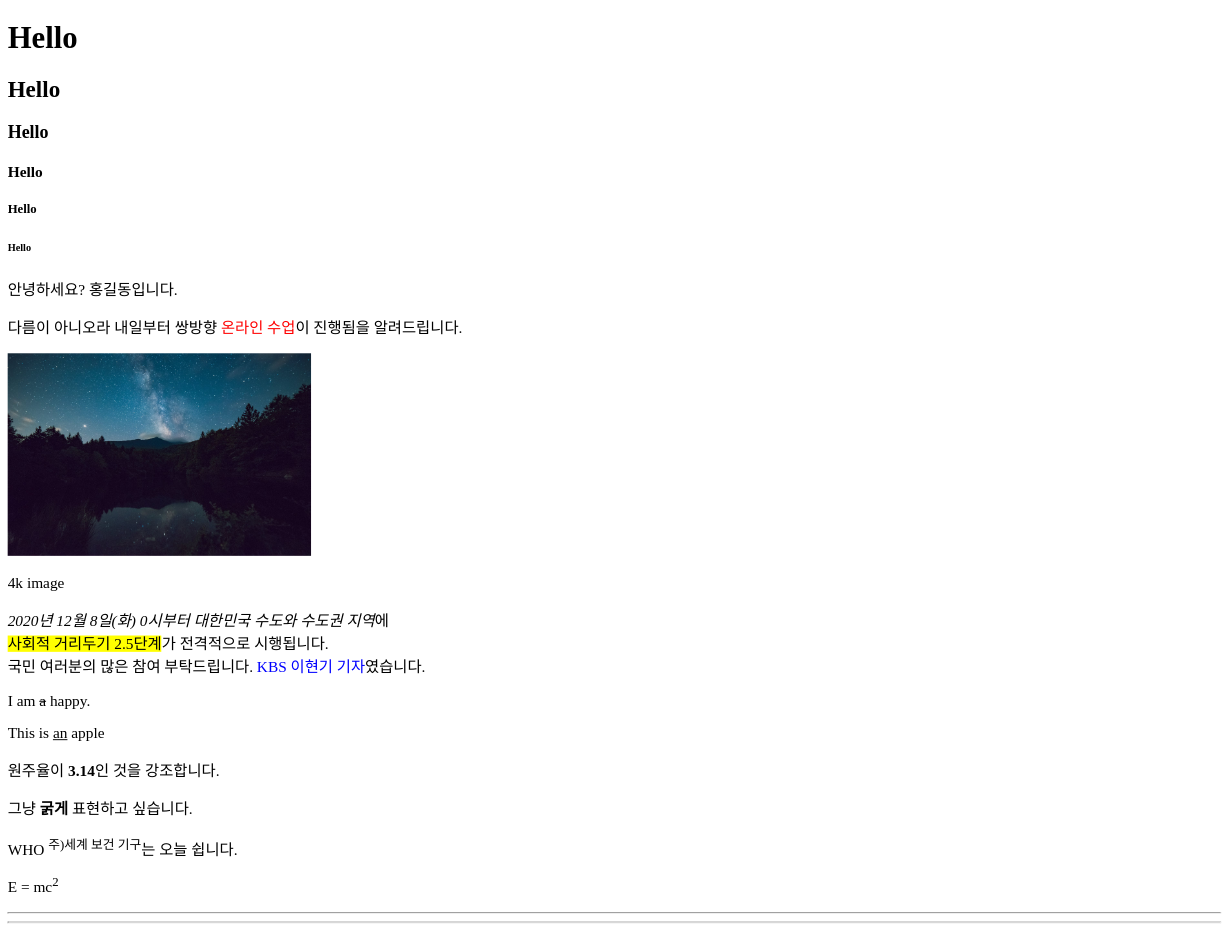
Repository: woneeseo/javastudy
Page: htmlStudy/workspace_html/HelloWorld/WebContent/f.html
An editor plug-in stored every save of this project. The page is shown before and after the next save, followed by the edit.
The browser window is 1280 px wide. The pictures show the whole page, at 96% of full size.

Above is the page before, as saved 2020-12-07 05:34:15.

### htmlStudy/workspace_html/HelloWorld/WebContent/f.html
<!DOCTYPE html>
<html>
<head>
<meta charset="UTF-8">
<title>Insert title here</title>
</head>
<body>
<!-- 헤더태그 -->
<!-- 블락태그 -> 위/아래 자동 줄바꿈 발생 -->

<h1>Hello</h1>
<!-- h1이 제목으로 많이 쓰임 -->
<h2>Hello</h2>
<h3>Hello</h3>
<!-- 부제목으로 h3이 자주 쓰임 -->
<h4>Hello</h4>
<h5>Hello</h5>
<h6>Hello</h6>


<p>
<!-- 문단을 표기할 때 주로 <p></p>를 씀 (문장이 여러개를 이루어 문단을 이룰 때) -->
	안녕하세요?
	홍길동입니다.
	<!-- <br>태그를 넣어야 줄바꿈이 일어난다. -->
	<!-- 이클립스에서 엔터로 줄바꿔 쓴다고 하더라도 출력은 한줄로 됨 -->
</p>

<p>

	다름이 아니오라
	내일부터 쌍방향 <span style="color: red">온라인 수업</span>이 진행됨을 알려드립니다.
	<!-- <p>태그는 일반적으로 텍스트를 넣어주고 내부에 태그가 들어가는 일이 거의 없으나 -->
	<!-- <span></span> css에서 문장 내에서 특정한 글씨에 효과를 줄 때 사용함 -->
</p>

<div>

	<img style="width: 25%; height: 25%;" alt="4k image" src="test.jpeg"><br>
	<p>4k image</p>
	<!-- div는 태그를 넣어서 쓰기 위해 사용함 / 컨테이너 역할을 함 -->
	<!-- img태그와 p태그를 한 덩어리로 쓰기 위해서 사용함 -->
	<!-- div는 내부에 어떤 내용이 들어있는지 알 수 없음. 그래서 사용하는것이 section 태그 -->

</div>

<section>
	<article>
	<!-- section / article : 시멘틱 태그 (의미가 있는 태그명) -->
		<i>2020년 12월 8일(화) 0시부터</i> <em>대한민국 수도와 수도권 지역</em>에 <br>
		<mark>사회적 거리두기 2.5단계</mark>가 전격적으로 시행됩니다. <br>
		국민 여러분의 많은 참여 부탁드립니다. <span style="color: blue">KBS 이현기 기자</span>였습니다.
		<!-- i태그 : 이탤릭체 / em태그 : 강조하기 위해서 기울여 쓸 때(기울임체 emphasis) -->
		<!-- 결과는 똑같지만 em태그는 시각장애인용 시스템에서 강조해서 읽어들여지는 기능을 함 -->
		<!-- <mark> : 형광펜으로 칠한 듯 한 강조표기를 할 수 있음 -->
	</article>
</section>

<p>I am <del>a</del> happy.</p>
<p>This is <ins>an</ins> apple</p>

<!-- del : 지워야 하는 텍스트일 때 (중간선) / ins : 반드시 있어야만 하는 텍스트일 때 (밑줄)-->
<!-- css와 시멘틱태그 : css는 시각장애인용 스크린리더에서 제대로 인식하지 못하는 경우가 있어 -->
<!-- 삽입, 삭제등 시멘틱태그로 사용할 수 있는 경우에는 반드시 시맨틱태그로 사용해준다. -->

<p>원주율이 <strong>3.14</strong>인 것을 강조합니다.</p> <!-- 시맨틱태그 -->
<p>그냥 <b>굵게</b> 표현하고 싶습니다.</p>
<!-- 두가지의 실행결과는 같음. but 의미가 다르다. -->
<!-- strong 태그를 사용해주는 것이 좋음 -->

<p>WHO <sup>주)세계 보건 기구</sup>는 오늘 쉽니다.</p>
<p>E = mc<sup>2</sup></p>
<!-- <sup> : 주석처리하기 / 주석이 되는 텍스트가 살짝 위로 올라가게 표현됨 -->




<hr>
<hr>
<!-- 웹 페이지에 가로줄 넣기 : horizontal tag -->
<!-- 보통 css에서 div에서 아랫줄만 표시 해 가로줄 넣는 것이 일반적임 -->




</body>
</html>

After the next save:
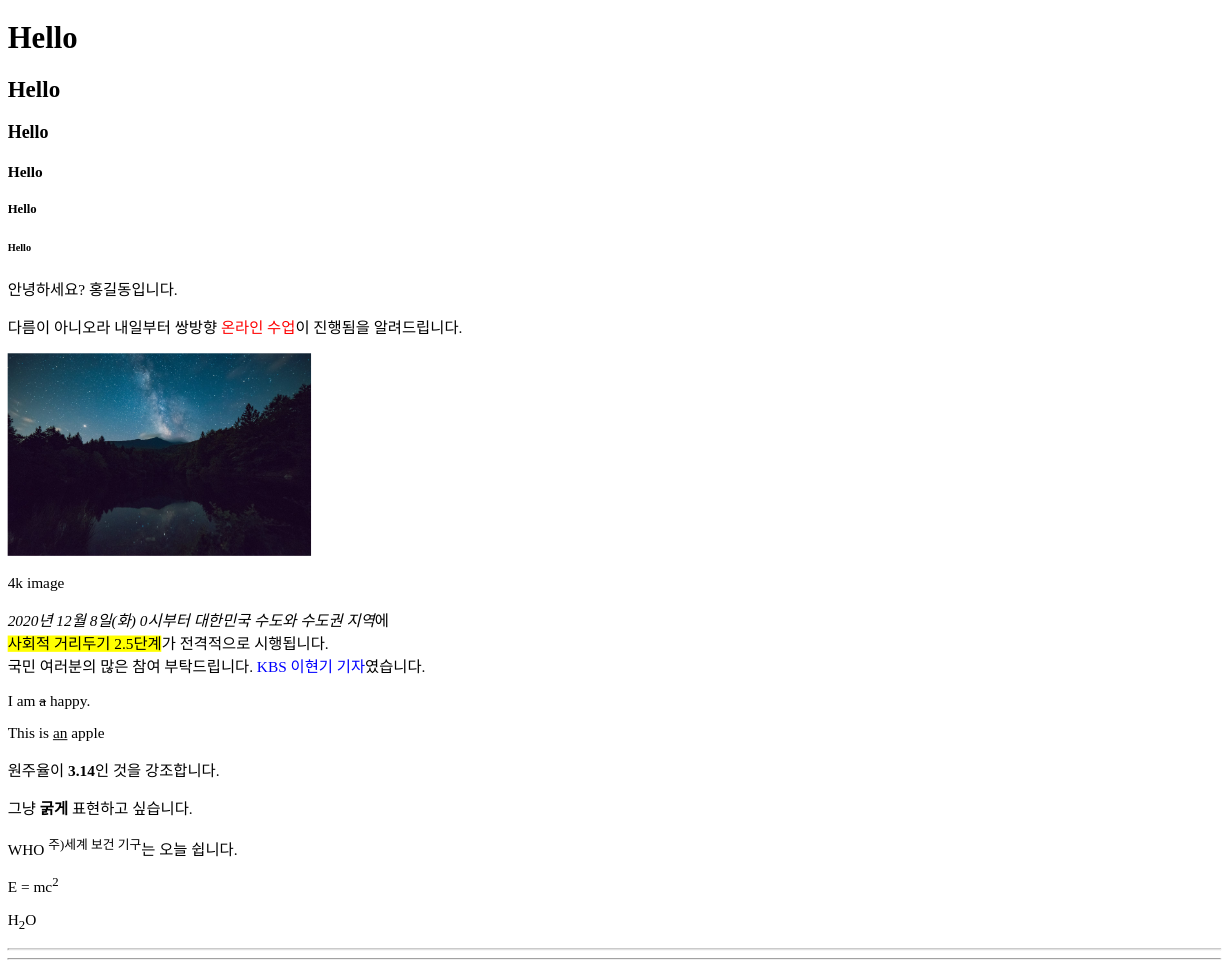
Saved 61 s later.
--- a/htmlStudy/workspace_html/HelloWorld/WebContent/f.html
+++ b/htmlStudy/workspace_html/HelloWorld/WebContent/f.html
@@ -70,10 +70,8 @@
 
 <p>WHO <sup>주)세계 보건 기구</sup>는 오늘 쉽니다.</p>
 <p>E = mc<sup>2</sup></p>
+<p>H<sub>2</sub>O</p>
 <!-- <sup> : 주석처리하기 / 주석이 되는 텍스트가 살짝 위로 올라가게 표현됨 -->
-
-
-
 
 <hr>
 <hr>
